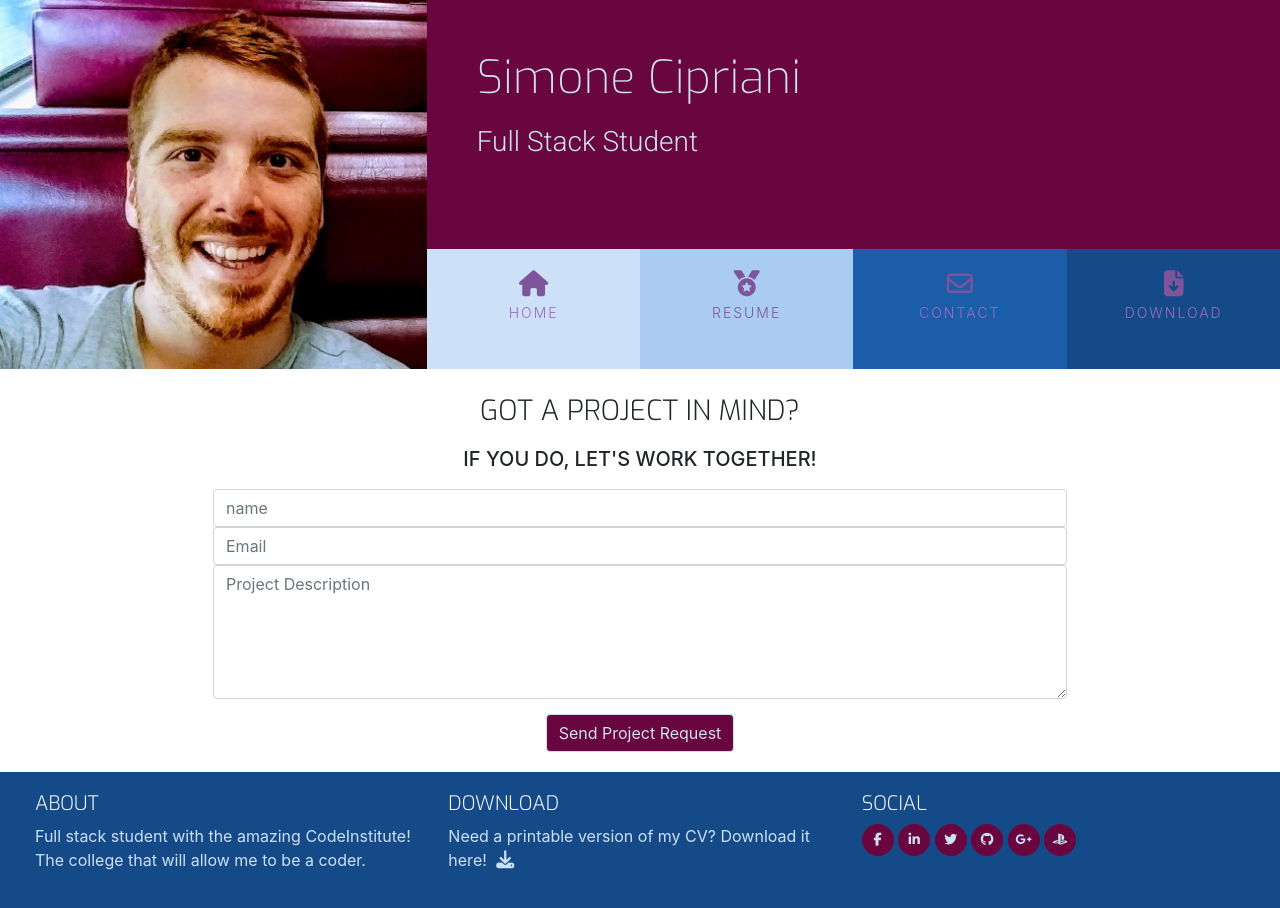
Repository: cipsim/resume
Page: contact.html
The author's editor kept a record of every edit. The page is drawn from the files as they stood at one moment, then again after the next edit.
The browser window is 1280 px wide. The pictures show the whole page.
Some web libraries are served in a nearby version.

Above is the page before.

After the next edit:
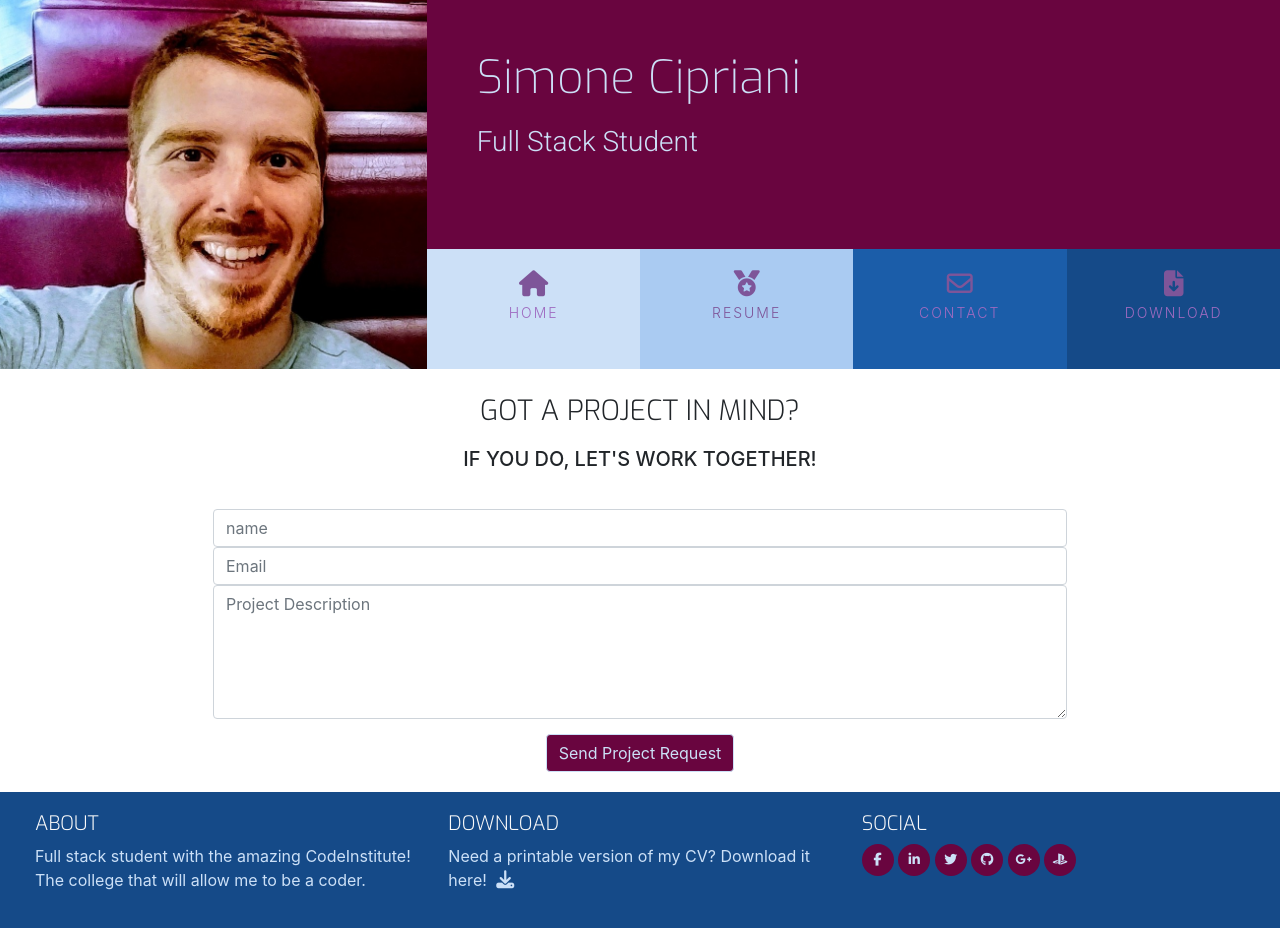
The edit:
--- a/assets/css/style.css
+++ b/assets/css/style.css
@@ -7,7 +7,7 @@
 }
 
 .bg-color-three-reasons {
-    background-color:#fff;
+    background-color: #fff;
 }
 
 .ui-menu-color-home {
@@ -26,7 +26,7 @@
     background-color: #154a88;
 }
 
-.bg-color-personal-info{
+.bg-color-personal-info {
     background-color: #f4f8fd;
 }
 
@@ -174,13 +174,15 @@
     padding: 0px 30px 30px;
     float: none;
 }
+
 .history-heading,
 .section-heading {
-    font-family: "Exo" , sans-serif;
+    font-family: "Exo", sans-serif;
     font-weight: 300;
     margin-top: 25px;
     margin-bottom: 40px;
 }
+
 /*--------------Footer-----------*/
 
 footer {
@@ -268,7 +270,7 @@
     margin-right: 21px;
     padding-top: 2px;
     vertical-align: top;
-    }
+}
 
 .personal-info-item .key p {
     font-weight: 700;
@@ -312,7 +314,7 @@
     position: relative;
     color: #69053f;
     border-left: 1px solid;
-    }
+}
 
 .timeline-item p {
     padding: 0;
@@ -325,7 +327,7 @@
     left: 2.5em;
     top: 3em;
     display: block;
-    font-family: "Exo" , sans-serif;
+    font-family: "Exo", sans-serif;
     font-weight: 500;
     font-size: 0.8em;
     padding: 0;
@@ -351,7 +353,7 @@
 /*--------------Contact form-----------*/
 
 .contact-heading {
-    font-family: "Exo" , sans-serif;
+    font-family: "Exo", sans-serif;
     font-weight: 300;
     margin-top: 25px;
     margin-bottom: 20px;
@@ -374,5 +376,17 @@
 .btn-secondary:hover {
     color: #69053f;
     background-color: #cce0f7;
-    border-color: #69053f;\
-}
+    border-color: #69053f;
+    \
+}
+
+/*--------------Media Query-----------*/
+
+@media(min-width: 992px) {
+    .center-form {
+        padding-top: 30px;
+        min-height: 240px;
+        margin: 0 auto;
+        max-width: 70%;
+    }
+}
